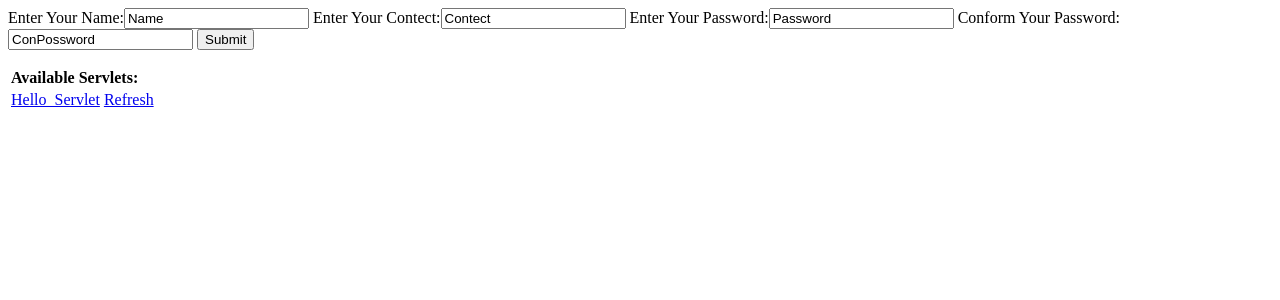
Repository: 123umakant/Home
Page: Demo/Hello_Servlet/war/index.html
The author's editor kept a copy of each file at every save. The page is drawn from the files as they stood at one save, then again after the next save.
The browser window is 1280 px wide. The pictures show the whole page.

Above is the page before, as saved 2018-11-29 11:40:31.

### Demo/Hello_Servlet/war/index.html
<!DOCTYPE HTML PUBLIC "-//W3C//DTD HTML 4.01 Transitional//EN">
<!-- The HTML 4.01 Transitional DOCTYPE declaration-->
<!-- above set at the top of the file will set     -->
<!-- the browser's rendering engine into           -->
<!-- "Quirks Mode". Replacing this declaration     -->
<!-- with a "Standards Mode" doctype is supported, -->
<!-- but may lead to some differences in layout.   -->

<html>
  <head>
    <meta http-equiv="content-type" content="text/html; charset=UTF-8">
    <title>Hello App Engine</title>
  </head>

  <body>
    <form action="Login" method="post">

    Enter Your Name:<input type="text" value="Name">
    Enter Your Contect:<input type="text" value="Contect">
    Enter Your Password:<input type="text" value="Password">
     Conform Your Password:<input type="text" value="ConPossword">
    <input type="button" value="Submit">
    </form>











    <table>
      <tr>
        <td colspan="2" style="font-weight:bold;">Available Servlets:</td>
      </tr>
      <tr>
        <td><a href="hello_servlet">Hello_Servlet</a></td>

         <td><a href="Refresh">Refresh</a></td>
      </tr>
    </table>

  </body>
</html>

After the next save:
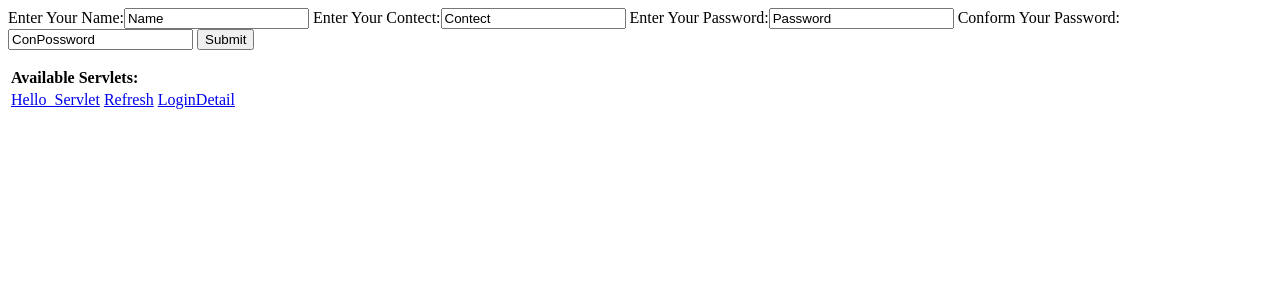
Saved 70 s later.
--- a/Demo/Hello_Servlet/war/index.html
+++ b/Demo/Hello_Servlet/war/index.html
@@ -22,16 +22,6 @@
     <input type="button" value="Submit">
     </form>
 
-
-
-
-
-
-
-
-
-
-
     <table>
       <tr>
         <td colspan="2" style="font-weight:bold;">Available Servlets:</td>
@@ -40,6 +30,7 @@
         <td><a href="hello_servlet">Hello_Servlet</a></td>
 
          <td><a href="Refresh">Refresh</a></td>
+         <td><a href="LoginDetail">LoginDetail</a></td>
       </tr>
     </table>
 
